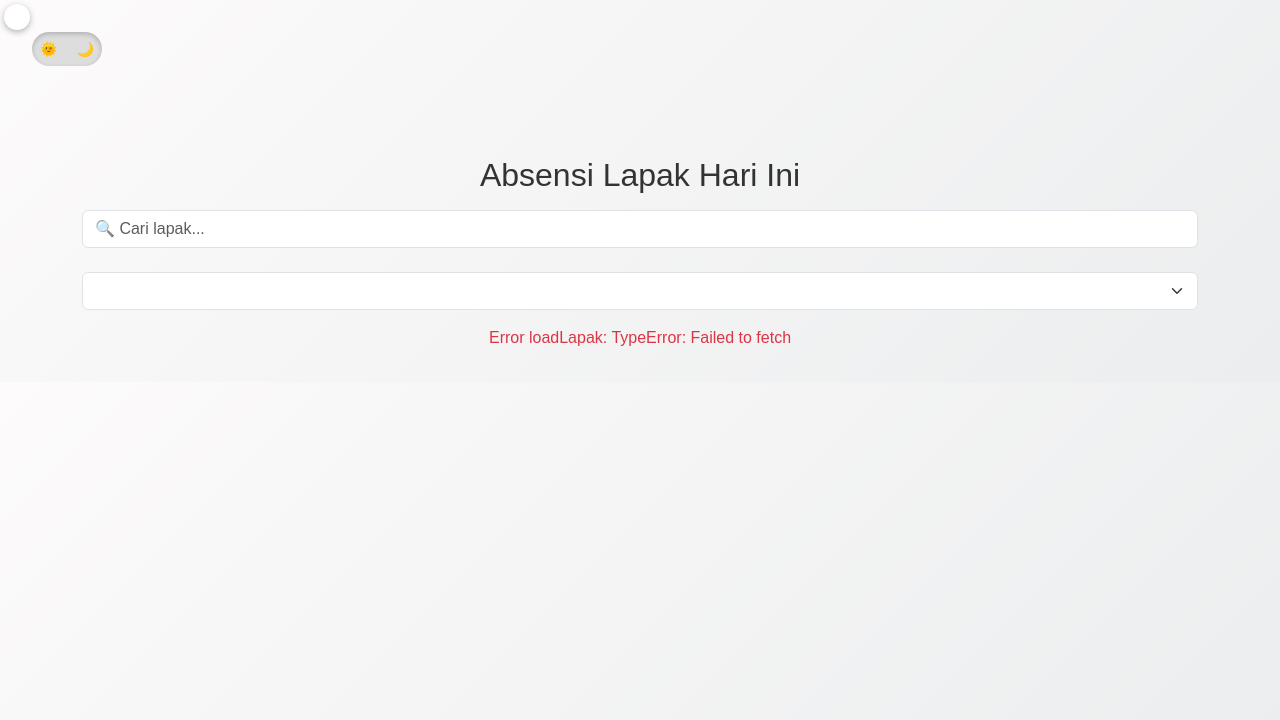
Repository: pasarrakyatbak/absensi
Page: index.html
These files come from the project's save history. The page is drawn as it stood at one moment and after the next save; the edit follows.
The browser window is 1280 px wide. The pictures show the whole page.
The page's requests for data from a server got no answer.

Above is the page before, as saved 2025-09-22 15:11:28.

### index.html
<!DOCTYPE html>
<html lang="id">

<head>
    <meta charset="UTF-8">
    <meta name="viewport" content="width=device-width, initial-scale=1.0">
    <title>Absensi Lapak</title>
    <link href="https://cdn.jsdelivr.net/npm/bootstrap@5.3.2/dist/css/bootstrap.min.css" rel="stylesheet">
    <link rel="stylesheet" href="style.css">
</head>

<body class="p-3">
    <!-- Toggle Dark Mode -->
    <div class="dark-toggle mb-3">
        <input type="checkbox" id="darkSwitch">
        <label for="darkSwitch" class="toggle-label">
            <span class="toggle-icon">🌞</span>
            <span class="toggle-ball"></span>
            <span class="toggle-icon">🌙</span>
        </label>
    </div>

    <div class="container">

        <!-- Ringkasan -->
        <div id="lapakSummary" class="summary-cards mb-4"></div>

        <!-- Info Banner -->
        <div id="absensiInfoBanner" class="alert text-center mb-3"></div>
        <!-- Judul & Search -->
        <h2 class="mb-3 text-center">Absensi Lapak Hari Ini</h2>
        <input type="text" id="searchInput" class="form-control mb-4" placeholder="🔍 Cari lapak...">
        <select id="lapakPageSelect" class="form-select mb-3">
            <!-- Option akan diisi otomatis dari JS -->
        </select>
        <!-- Daftar Lapak -->
        <div id="lapakContainer" class="row"></div>
    </div>

    <!-- Modal Absensi -->
    <div id="absensiModal" class="modal-overlay">
        <div class="modal-content">
            <h5 id="absensiInfo"></h5>
            <div id="modalStatusLabel" class="mb-3"></div> <!-- badge tampil di sini -->
            <button id="modalAbsenBtn" class="btn btn-success mb-2">Absen</button>
            <button id="modalHapusBtn" class="btn btn-danger mb-2">Hapus Absensi</button>
            <button class="btn btn-secondary" onclick="closeAbsensiModal()">Tutup</button>
        </div>
    </div>


    <!-- Loader -->
    <div id="absensiLoading" class="d-none">
        <div class="loader-content text-center">
            <div class="spinner-border text-light" role="status" style="width:3rem;height:3rem;"></div>
            <p id="absensiLoadingText" class="text-white mt-2">Sedang memproses...</p>
        </div>
    </div>

    <script src="script.js"></script>
</body>

</html>

### script.js
const API_URL = "https://script.google.com/macros/s/AKfycby4z2qZ24SrJkcyGpybH29lSUC_3_z1LG-7wSmTzpaOEXrwjXf0Cl3hqkg95qAxPj1-/exec";
const darkSwitch = document.getElementById("darkSwitch");
const lapakPageSelect = document.getElementById("lapakPageSelect");

let lapakData = [];
let currentLapakId = null;
let absensiMingguan = false;
let lastScrollY = 0;
let currentPage = 1;
const LAPAK_PER_PAGE = 10;

// =================== Loader ===================
function showAbsensiLoading(show, text = "Sedang menyimpan data...") {
    const loader = document.getElementById("absensiLoading");
    const loadingText = document.getElementById("absensiLoadingText");
    if (!loader || !loadingText) return;
    loader.classList.toggle("d-flex", show);
    loader.classList.toggle("d-none", !show);
    loadingText.textContent = text;
}

// =================== Load semua lapak ===================
async function loadLapak() {
    showAbsensiLoading(true, "Sedang memuat data lapak...");
    try {
        const res = await fetch(API_URL + "?action=lapakHariIni");
        const json = await res.json();
        console.log("API response:", json);

        if (!json.success) {
            document.getElementById("lapakContainer").innerHTML =
                `<p class="text-center text-danger">Gagal load data: ${json.message}</p>`;
            showAbsensiLoading(false);
            return;
        }

        lapakData = json.data || [];
        currentPage = 1;
        renderLapak(lapakData);
        updateSummary();
        updateAbsensiInfo();
        showAbsensiLoading(false);
    } catch (err) {
        console.error(err);
        document.getElementById("lapakContainer").innerHTML =
            `<p class="text-center text-danger">Error loadLapak: ${err}</p>`;
        showAbsensiLoading(false);
    }
}

// =================== Render lapak ===================
function renderLapak(data) {
    const container = document.getElementById("lapakContainer");
    container.innerHTML = "";

    if (!data.length) {
        container.innerHTML = `<p class="text-center">Tidak ada data lapak.</p>`;
        if (lapakPageSelect) lapakPageSelect.innerHTML = "";
        return;
    }

    // ===== Hitung total halaman =====
    const totalPages = Math.ceil(data.length / LAPAK_PER_PAGE);

    // ===== Render dropdown halaman =====
    if (lapakPageSelect) {
        lapakPageSelect.innerHTML = "";
        for (let i = 1; i <= totalPages; i++) {
            const start = (i - 1) * LAPAK_PER_PAGE + 1;
            const end = Math.min(i * LAPAK_PER_PAGE, data.length);
            const option = document.createElement("option");
            option.value = i;
            option.textContent = `${start} - ${end}`;
            if (i === currentPage) option.selected = true;
            lapakPageSelect.appendChild(option);
        }
    }

    // ===== Ambil data sesuai halaman =====
    const startIndex = (currentPage - 1) * LAPAK_PER_PAGE;
    const endIndex = startIndex + LAPAK_PER_PAGE;
    const pageData = data.slice(startIndex, endIndex);

    pageData.forEach(lapak => {
        const noLapak = lapak.noLapak || "-";
        const namaLapak = lapak.nama || "Tanpa Nama";
        const hadir = String(lapak.statusAbsensi || "").toLowerCase().includes("hadir");

        const card = document.createElement("div");
        card.className = "col-md-4 col-sm-6 mb-3";
        card.innerHTML = `
        <div class="card lapak-card shadow-sm ${hadir ? 'hadir' : 'belum'}"
             data-no-lapak="${noLapak}" data-nama-lapak="${namaLapak}">

            <span class="lapak-badge ${hadir ? 'bg-success' : 'bg-danger'}">
                ${hadir ? 'Sudah Absen' : 'Belum Absen'}
            </span>

            <div class="card-body text-center">
                <h5 class="card-title">Lapak ${noLapak}</h5>
               <p class="card-text">${namaLapak.split('(')[0].trim()}</p>
               <p class="card-subtext">(${namaLapak.split('(')[1]?.replace(')', '').trim() || ''})</p>

            </div>
        </div>
        `;

        const cardEl = card.querySelector(".lapak-card");
        if (cardEl) cardEl.addEventListener("click", () => openAbsensiModal(noLapak, namaLapak));

        container.appendChild(card);
    });
}

// =================== Ganti halaman ===================
if (lapakPageSelect) {
    lapakPageSelect.addEventListener("change", () => {
        currentPage = parseInt(lapakPageSelect.value) || 1;
        renderLapak(lapakData);
    });
}

// =================== Modal ===================
function openAbsensiModal(noLapak, namaLapak) {
    currentLapakId = noLapak;
    const modal = document.getElementById("absensiModal");
    const info = document.getElementById("absensiInfo");
    const statusLabel = document.getElementById("modalStatusLabel");
    const container = document.querySelector(".container");
    if (!modal || !info || !container || !statusLabel) return;

    const lapak = lapakData.find(l => String(l.noLapak) === String(noLapak));
    const hadir = String(lapak?.statusAbsensi || "").toLowerCase().includes("hadir");

    info.textContent = `Absen untuk Lapak ${noLapak} - ${namaLapak}`;
    statusLabel.innerHTML = hadir
        ? '<span class="badge bg-success">Sudah Absen</span>'
        : '<span class="badge bg-danger">Belum Absen</span>';

    container.classList.add("blur");
    document.body.classList.add("modal-open");
    modal.style.display = "flex";
    setTimeout(() => modal.classList.add("show"), 10);
    updateBlurOnScroll();
}

function closeAbsensiModal() {
    const modal = document.getElementById("absensiModal");
    const container = document.querySelector(".container");
    if (!modal || !container) return;

    modal.classList.remove("show");
    container.classList.remove("blur");
    container.style.filter = "";
    document.body.classList.remove("modal-open");

    setTimeout(() => { if (!modal.classList.contains("show")) modal.style.display = "none"; }, 250);
    lastScrollY = 0;
}

// =================== Absen ===================
async function absenLapak(noLapak) {
    showAbsensiLoading(true, "Menyimpan absensi...");
    try {
        const res = await fetch(API_URL, {
            method: "POST",
            headers: { "Content-Type": "application/x-www-form-urlencoded" },
            body: new URLSearchParams({ action: "absen", noLapak, password: "panitia123" })
        });
        const json = await res.json();
        if (!json.success) alert(json.message || "❌ Gagal menyimpan absensi.");
        else {
            const lapakIndex = lapakData.findIndex(l => String(l.noLapak) === String(noLapak));
            if (lapakIndex > -1) lapakData[lapakIndex].statusAbsensi = "✅ Hadir";
            renderLapak(lapakData);
            updateSummary();
            updateAbsensiInfo();
        }
    } catch (err) { alert("❌ Gagal menyimpan absensi."); }
    showAbsensiLoading(false);
}

// =================== Hapus Absensi ===================
async function hapusAbsensiLapak(noLapak) {
    showAbsensiLoading(true, "Menghapus absensi...");
    try {
        const res = await fetch(API_URL, {
            method: "POST",
            headers: { "Content-Type": "application/x-www-form-urlencoded" },
            body: new URLSearchParams({ action: "hapusAbsensi", noLapak, password: "panitia123" })
        });
        const json = await res.json();
        if (!json.success) alert(json.message || "❌ Gagal menghapus absensi.");
        else {
            const lapakIndex = lapakData.findIndex(l => String(l.noLapak) === String(noLapak));
            if (lapakIndex > -1) lapakData[lapakIndex].statusAbsensi = "❌ Belum";
            renderLapak(lapakData);
            updateSummary();
            updateAbsensiInfo();
            alert(json.message || "✅ Absensi dihapus.");
        }
    } catch (err) { alert("❌ Gagal menghapus absensi."); }
    showAbsensiLoading(false);
}

// =================== Dark mode ===================
if (localStorage.getItem("darkMode") === "true") {
    document.body.classList.add("dark");
    darkSwitch.checked = true;
}
darkSwitch.addEventListener("change", () => {
    document.body.classList.toggle("dark", darkSwitch.checked);
    localStorage.setItem("darkMode", darkSwitch.checked ? "true" : "false");
});

// =================== Banner info ===================
function updateAbsensiInfo() {
    const banner = document.getElementById("absensiInfoBanner");
    if (!banner) return;
    const totalLapak = lapakData.length;
    const totalHadir = lapakData.filter(l => String(l.statusAbsensi || "").toLowerCase().includes("hadir")).length;

    if (totalLapak > 0 && totalLapak === totalHadir) {
        banner.style.display = "none";
        return;
    }

    banner.style.display = "block";
    banner.className = "alert alert-info text-center mb-3";
    banner.textContent = absensiMingguan
        ? "ℹ️ Absensi bisa dilakukan setiap MINGGU."
        : "ℹ️ Absensi bisa dilakukan setiap HARI.";
}

// =================== Summary ===================
function updateSummary() {
    const total = lapakData.length;
    const totalHadir = lapakData.filter(l => String(l.statusAbsensi || "").toLowerCase().includes("hadir")).length;
    const totalBelum = total - totalHadir;
    const persenHadir = total > 0 ? Math.round((totalHadir / total) * 100) : 0;
    const persenBelum = 100 - persenHadir;

    const summaryEl = document.getElementById("lapakSummary");
    if (!summaryEl) return;

    summaryEl.innerHTML = `
        <div class="summary-card total">
            <div class="label">Total Lapak</div>
            <div class="value">${total}</div>
        </div>
        <div class="summary-card hadir">
            <div class="label">✅ Hadir</div>
            <div class="value">${totalHadir}</div>
            <div class="extra">(${persenHadir}%)</div>
        </div>
        <div class="summary-card belum">
            <div class="label">❌ Belum</div>
            <div class="value">${totalBelum}</div>
            <div class="extra">(${persenBelum}%)</div>
        </div>
        <div class="summary-progress mt-3">
            <div class="progress" style="height: 20px; border-radius: 10px; overflow: hidden;">
                <div class="progress-bar bg-success" role="progressbar"
                    style="width: ${persenHadir}%"
                    aria-valuenow="${persenHadir}" aria-valuemin="0" aria-valuemax="100">
                    ${persenHadir > 15 ? persenHadir + "%" : ""}
                </div>
                <div class="progress-bar bg-danger" role="progressbar"
                    style="width: ${persenBelum}%"
                    aria-valuenow="${persenBelum}" aria-valuemin="0" aria-valuemax="100">
                    ${persenBelum > 15 ? persenBelum + "%" : ""}
                </div>
            </div>
        </div>
    `;
}

// =================== Modal Buttons ===================
const modalAbsenBtn = document.getElementById("modalAbsenBtn");
if (modalAbsenBtn) modalAbsenBtn.addEventListener("click", async () => {
    if (!currentLapakId) return;
    await absenLapak(currentLapakId);
    closeAbsensiModal();
});

const modalHapusBtn = document.getElementById("modalHapusBtn");
if (modalHapusBtn) modalHapusBtn.addEventListener("click", async () => {
    if (!currentLapakId) return;
    if (confirm("Apakah Anda yakin ingin menghapus absensi lapak ini?")) {
        await hapusAbsensiLapak(currentLapakId);
        closeAbsensiModal();
    }
});

// =================== Blur on scroll ===================
function updateBlurOnScroll() {
    const container = document.querySelector(".container");
    const modal = document.getElementById("absensiModal");
    if (!container || !modal) return;

    if (modal.classList.contains("show")) {
        const scrollY = window.scrollY || window.pageYOffset;
        const diff = Math.abs(scrollY - lastScrollY);
        container.style.filter = `blur(${6 + diff * 0.02}px)`;
        lastScrollY = scrollY;
    } else {
        container.style.filter = '';
        lastScrollY = 0;
    }
}
window.addEventListener("scroll", updateBlurOnScroll);

// =================== Search ===================
const searchInput = document.getElementById("searchInput");
if (searchInput) {
    searchInput.addEventListener("input", () => {
        const query = searchInput.value.trim().toLowerCase();
        const filtered = lapakData.filter(l => {
            return String(l.noLapak).toLowerCase().includes(query) ||
                (lapak.nama || "").toLowerCase().includes(query);
        });
        currentPage = 1;
        renderLapak(filtered);
    });
}

// =================== Load pertama kali ===================
loadLapak();

Loaded but not shown: style.css (537 lines, source omitted)

After the next save:
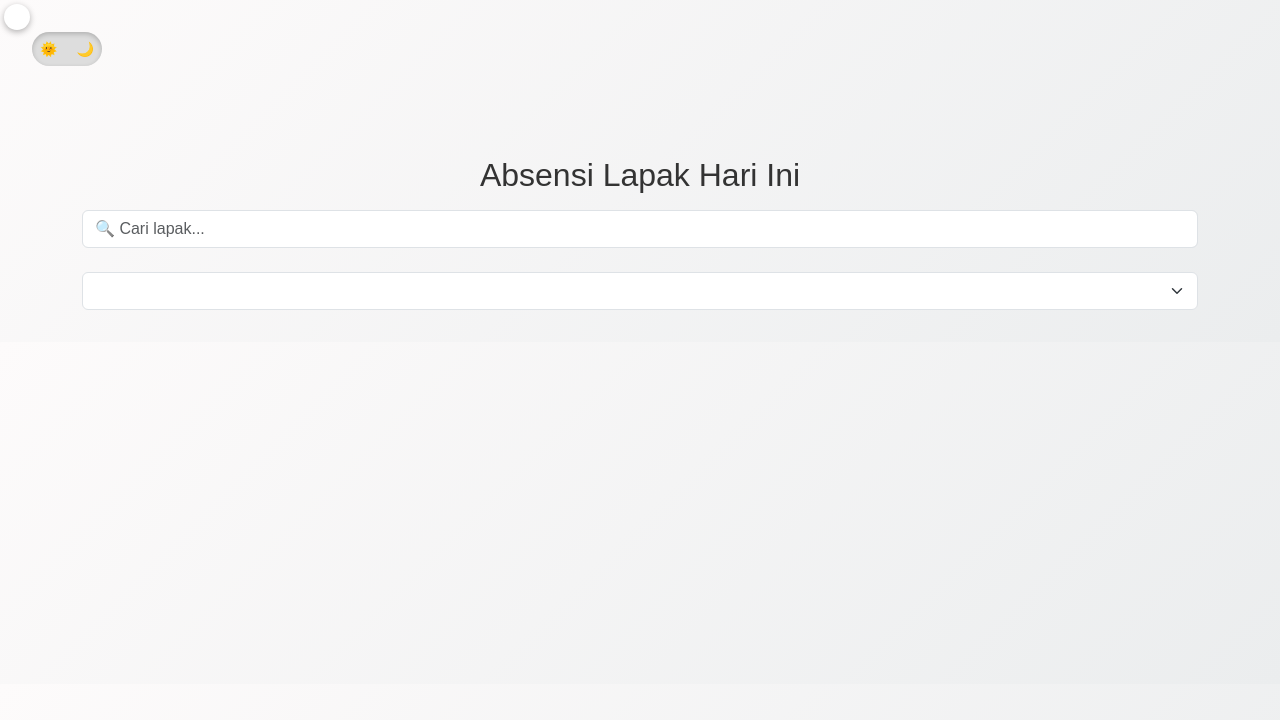
Console error: SyntaxError: Identifier 'searchInput' has already been declared
Saved 8 min 42 s later.
--- a/script.js
+++ b/script.js
@@ -323,6 +323,30 @@
         renderLapak(filtered);
     });
 }
+// =================== Search ===================
+const searchInput = document.getElementById("searchInput");
+if (searchInput) {
+    searchInput.addEventListener("input", () => {
+        const query = searchInput.value.trim().toLowerCase();
+
+        // Filter berdasarkan noLapak atau nama lapak
+        const filtered = lapakData.filter(l => {
+            const noLapak = String(l.noLapak).toLowerCase();
+            const nama = (l.nama || "").toLowerCase();
+            return noLapak.includes(query) || nama.includes(query);
+        });
+
+        currentPage = 1; // Reset ke halaman pertama
+        renderLapak(filtered);
+
+        // Jika tidak ada hasil
+        const container = document.getElementById("lapakContainer");
+        if (filtered.length === 0 && container) {
+            container.innerHTML = `<p class="text-center text-warning">Tidak ada lapak yang sesuai dengan kata kunci "${searchInput.value}".</p>`;
+            if (lapakPageSelect) lapakPageSelect.innerHTML = "";
+        }
+    });
+}
 
 // =================== Load pertama kali ===================
 loadLapak();

After the save that followed:
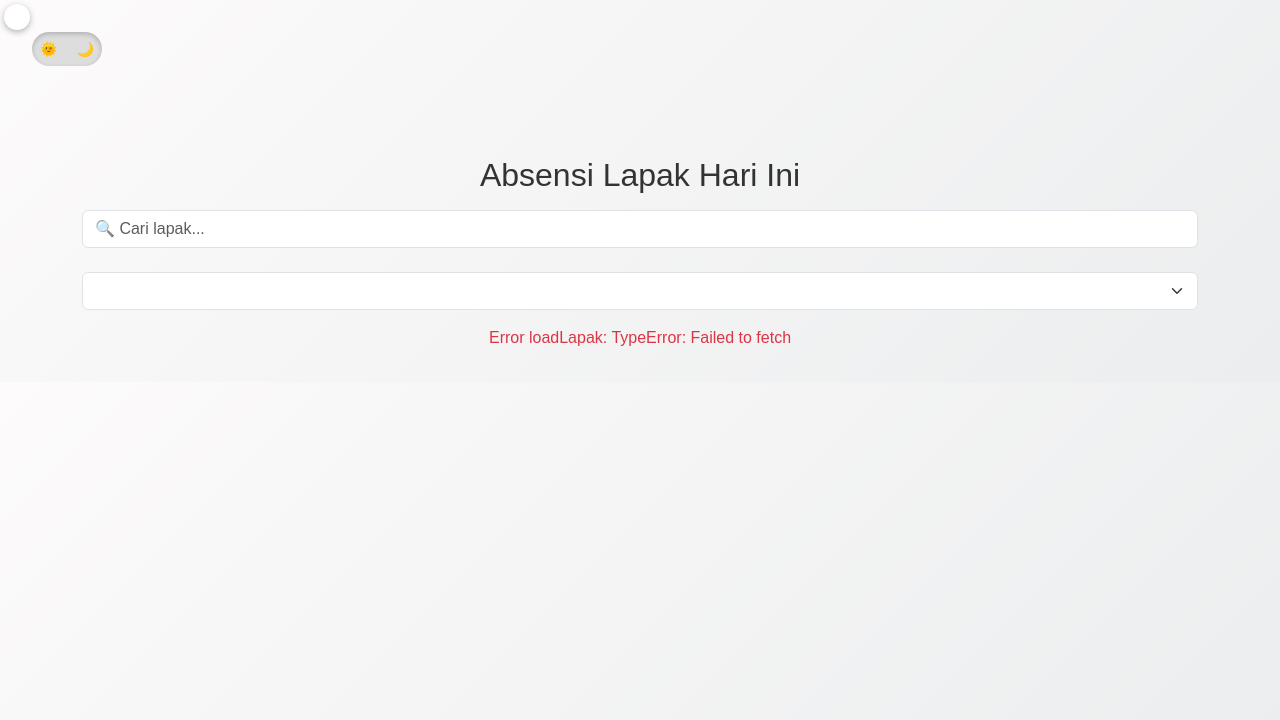
The error is gone.
Saved 21 s later.
--- a/script.js
+++ b/script.js
@@ -315,19 +315,6 @@
 if (searchInput) {
     searchInput.addEventListener("input", () => {
         const query = searchInput.value.trim().toLowerCase();
-        const filtered = lapakData.filter(l => {
-            return String(l.noLapak).toLowerCase().includes(query) ||
-                (lapak.nama || "").toLowerCase().includes(query);
-        });
-        currentPage = 1;
-        renderLapak(filtered);
-    });
-}
-// =================== Search ===================
-const searchInput = document.getElementById("searchInput");
-if (searchInput) {
-    searchInput.addEventListener("input", () => {
-        const query = searchInput.value.trim().toLowerCase();
 
         // Filter berdasarkan noLapak atau nama lapak
         const filtered = lapakData.filter(l => {
